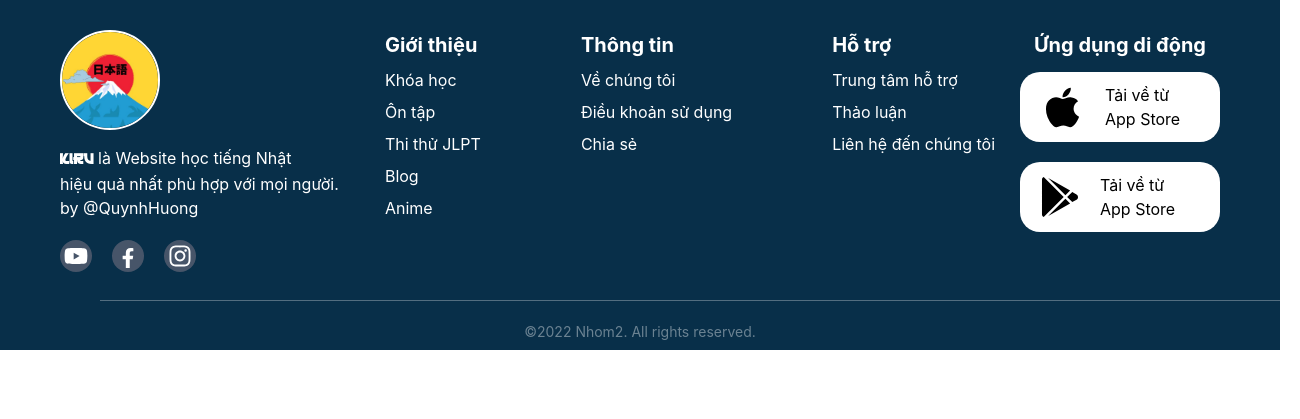
Repository: Quynhhuong150322/Kiru_Website-hoc-tieng-Nhat
Page: /TrangChu
An editor plug-in stored every save of this project. The page is shown before and after the next save, followed by the edit.
The browser window is 1280 px wide. The page is 1300 px wide, so the pictures cover 1300 px, including what lies to the right of the window. The pictures show the whole page.
The project was rebuilt for these pictures with package versions that can differ from the ones it lists, and the page was loaded fresh each time. Also part of the build but not shown: src/component/header_footer/Menu.js.

Above is the page before, as saved 2023-08-18 03:28:48.

### public/index.html
<!DOCTYPE html>
<html lang="en">
  <head>
    <meta charset="utf-8" />
    <link rel="icon" href="%PUBLIC_URL%/favicon.ico" />
    <meta name="viewport" content="width=device-width, initial-scale=1" />
    <meta name="theme-color" content="#000000" />
    <meta
      name="description"
      content="Web site created using create-react-app"
    />
    <link rel="apple-touch-icon" href="%PUBLIC_URL%/logo192.png" />
    <!--
      manifest.json provides metadata used when your web app is installed on a
      user's mobile device or desktop. See https://developers.google.com/web/fundamentals/web-app-manifest/
    -->
    <link rel="manifest" href="%PUBLIC_URL%/manifest.json" />
    <!--
      Notice the use of %PUBLIC_URL% in the tags above.
      It will be replaced with the URL of the `public` folder during the build.
      Only files inside the `public` folder can be referenced from the HTML.

      Unlike "/favicon.ico" or "favicon.ico", "%PUBLIC_URL%/favicon.ico" will
      work correctly both with client-side routing and a non-root public URL.
      Learn how to configure a non-root public URL by running `npm run build`.
    -->
    <title>Kiru web</title>
  </head>
  <body>
    <noscript>You need to enable JavaScript to run this app.</noscript>
    <div id="root"></div>
    <!--
      This HTML file is a template.
      If you open it directly in the browser, you will see an empty page.

      You can add webfonts, meta tags, or analytics to this file.
      The build step will place the bundled scripts into the <body> tag.

      To begin the development, run `npm start` or `yarn start`.
      To create a production bundle, use `npm run build` or `yarn build`.
    -->
  </body>
</html>

### src/index.js
import React from 'react';
import ReactDOM from 'react-dom/client';
import './index.css';
import App from './App';
import reportWebVitals from './reportWebVitals';
import { BrowserRouter} from "react-router-dom";


const root = ReactDOM.createRoot(document.getElementById('root'));
root.render(
  <React.StrictMode>
    <BrowserRouter>
      <App />
    </BrowserRouter>
  </React.StrictMode>
);

// If you want to start measuring performance in your app, pass a function
// to log results (for example: reportWebVitals(console.log))
// or send to an analytics endpoint. Learn more: https://bit.ly/CRA-vitals
reportWebVitals();

### src/App.js
import './App.css';
// import HeaderBefor from "./component/header_footer/HeaderBefor";
import Footer from "./component/header_footer/footer";
import Menu from "./component/header_footer/Menu";
// import MyRoutes from './route/MyRoutes';
// import GioiThieu from "./component/Gioi_thieu"
// import KhoaHocBefor from "./component/Khoa_hoc_befor";
// import LienHe from "./component/Lien_he";
// import FAQs from "./component/FAQs";
// import DangKy from "./component/Dang_ky";
// import DangNhap from "./component/Dang_nhap";
// import QuenMK from "./component/Quen_mk";
// import DatlaiMk from "./component/Dat_lai_mk";
import Search from "./component/Search";

function App() {
  return (
    <div className = "bg-white">
      {/* <HeaderBefor></HeaderBefor> */}
      {/* <Menu/> */}
      {/* <MyRoutes></MyRoutes> */}

      {/* Trang chủ chưa đăng nhập */}
      {/* <GioiThieu></GioiThieu>
      <KhoaHocBefor></KhoaHocBefor>
      <LienHe></LienHe>
      <FAQs></FAQs> */}

      {/* Trang đăng ký */}
      {/* <DangKy/> */}

      {/* Trang đăng nhập */}
      {/* <DangNhap/> */}

      {/* Quên mật khẩu */}
      {/* <QuenMK/> */}
      {/* <DatlaiMk/> */}

      {/* thanh Search */}
      <Search />
      <Footer></Footer>
    </div>
  );
}

export default App;

### src/App.css
.App {
  text-align: center;
}

.App-logo {
  height: 40vmin;
  pointer-events: none;
}

@media (prefers-reduced-motion: no-preference) {
  .App-logo {
    animation: App-logo-spin infinite 20s linear;
  }
}

.App-header {
  background-color: #282c34;
  min-height: 100vh;
  display: flex;
  flex-direction: column;
  align-items: center;
  justify-content: center;
  font-size: calc(10px + 2vmin);
  color: white;
}

.App-link {
  color: #61dafb;
}

@keyframes App-logo-spin {
  from {
    transform: rotate(0deg);
  }
  to {
    transform: rotate(360deg);
  }
}

@font-face {
  font-family: Japanese;
  src: url(./font/Japanese\ 3017.ttf);
}

@font-face {
  font-family: InterBold;
  src: url(./font/Inter-Bold.ttf);
}

@font-face {
  font-family: InterRegular;
  src: url(./font/Inter-Regular.ttf);
}

@font-face {
  font-family: Montserrat;
  src: url(./font/MontserratAlternates-Bold.otf);
}

### src/component/header_footer/footer.js
import React from "react";
import logo from "../../image/logo.png";
import {FaApple, FaGooglePlay, FaYoutube,  FaFacebookF, FaInstagram} from "react-icons/fa";

const Footer = () => {
    return (
        <div class="h-[350px] bg-sky-950">
            <div className=" flex justify-between pt-[30px] px-[60px]">
                <div className="flex-initial w-[300px]">
                    <img
                        className="h-[100px] w-100px] rounded-full border-2 border-white"
                        src = {logo}
                        alt = "logo"
                    />
                    <p className="text-white pt-4"> <a className="font-bold font-japanese">Kiru</a> là Website học tiếng Nhật <p> hiệu quả nhất phù hợp với mọi người.</p> <p className="">by @QuynhHuong</p></p>
                    <div class="flex flex-row gap-5 pt-5">
                        <div className="w-8 h-8 bg-slate-600 rounded-full">
                            <FaYoutube className="text-white w-8 h-8 px-1"/>
                        </div>
                        <div className="w-8 h-8 bg-slate-600 rounded-full">
                            <FaFacebookF className="text-white w-7 h-7 pl-1 pt-2"/>
                        </div>
                        <div className="w-8 h-8 bg-slate-600 rounded-full">
                            <FaInstagram className="text-white w-7 h-7 pl-1 pt-1"/>
                        </div>
                    </div>
                </div>
                <div className="flex flex-row gap-[100px]">
                    <ul class="list-none text-white">
                        <li className="font-bold text-[20px]">Giới thiệu</li>
                        <li className="hover:text-yellow-500 pt-2">Khóa học </li>
                        <li className="hover:text-yellow-500 pt-2">Ôn tập </li>
                        <li className="hover:text-yellow-500 pt-2">Thi thử JLPT</li>
                        <li className="hover:text-yellow-500 pt-2">Blog</li>
                        <li className="hover:text-yellow-500 pt-2">Anime</li>
                    </ul>
                    <ul class="list-none text-white">
                        <li className="font-bold text-[20px]">Thông tin</li>
                        <li className="hover:text-yellow-500 pt-2">Về chúng tôi </li>
                        <li className="hover:text-yellow-500 pt-2">Điều khoản sử dụng</li>
                        <li className="hover:text-yellow-500 pt-2">Chia sẻ</li>
                    </ul>
                    <ul class="list-none text-white">
                        <li className="font-bold text-[20px]">Hỗ trợ</li>
                        <li className="hover:text-yellow-500 pt-2">Trung tâm hỗ trợ</li>
                        <li className="hover:text-yellow-500 pt-2">Thảo luận</li>
                        <li className="hover:text-yellow-500 pt-2">Liên hệ đến chúng tôi </li>
                    </ul>
                </div>
                <div className="">
                    <p className="text-white text-[20px] font-bold text-center pb-3">Ứng dụng di động</p>
                    <div className="h-[70px] w-[200px] bg-white rounded-[20px] flex gap-5 items-center">
                        <div className="pl-5">
                            <FaApple className="w-[45px] h-[45px]"/>
                        </div>
                        <div className="flex-initial w-64">
                            Tải về từ <p className="">App Store</p>
                        </div>
                    </div>
                    <div className="pt-5">
                        <div className="h-[70px] w-[200px] bg-white rounded-[20px] flex gap-5 items-center">
                            <div className="pl-5 ">
                                <FaGooglePlay className="w-[40px] h-[40px]"/>
                            </div>
                            <div className="flex-initial w-64">
                                Tải về từ <p className="">App Store</p>
                            </div>
                        </div>
                    </div>
                </div>
            </div>
            <div className="pt-7 px-[100px]">
                <div className="h-[1px] w-[1200px] bg-white/30 "></div>
                <p className="text-white/40 text-center text-[14px] pt-5">©2022 Nhom2. All rights reserved.</p>
            </div>
        </div>

    );
}
export default Footer;

### src/component/Search.js
import React from "react";

const Search = () => {
    return (
        <div className="pl-[250px]">
            <dic className="h-[30px] w-[400px] bg-amber-200">

            </dic>
        </div>
    )
}
export default Search;

### tailwind.config.js
/** @type {import('tailwindcss').Config} */
module.exports = {
  content: ["./src/**/*.{html,js}"],
  // plugins: [require("tailwind-scrollbar")],
  theme: {
    extend: {
      fontSize: {
        sm: '9px',
        base: '13px',
        xl: '20px',
        '2xl': '60px',
        '3xl': '80px',
        '4xl': '90px',
        '5xl': '100px',
      }
    },
    screens: {
      'sm': {'min': '400px', 'max': '767px'},
      // => @media (min-width: 640px and max-width: 767px) { ... }

      'md': {'min': '768px', 'max': '1023px'},
      // => @media (min-width: 768px and max-width: 1023px) { ... }

      'lg': {'min': '1024px', 'max': '1279px'},
      // => @media (min-width: 1024px and max-width: 1279px) { ... }

      'xl': {'min': '1280px', 'max': '1535px'},
      // => @media (min-width: 1280px and max-width: 1535px) { ... }

      '2xl': {'min': '1536px'},
      // => @media (min-width: 1536px) { ... }
    },

    fontFamily: {
      japanese: ['"Japanese"'],
      interBold: ['"InterBold"'],
      interRegular: ['"InterRegular"'],
      montserrat: ['"Montserrat"']
    },
  },
  plugins: [],
}

Loaded but not shown: src/index.css (common file); src/reportWebVitals.js (common file)

After the next save:
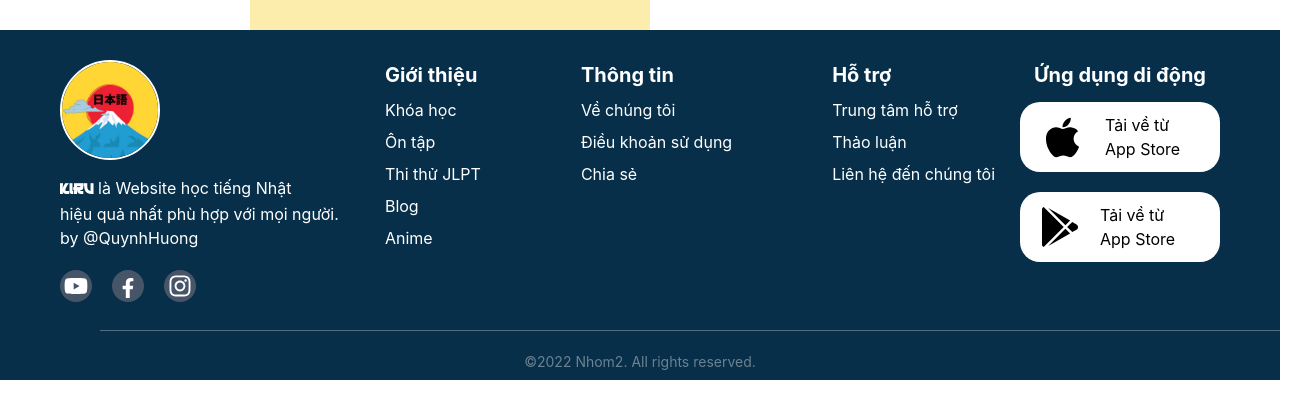
Saved 73 s later.
--- a/src/component/Search.js
+++ b/src/component/Search.js
@@ -3,9 +3,11 @@
 const Search = () => {
     return (
         <div className="pl-[250px]">
-            <dic className="h-[30px] w-[400px] bg-amber-200">
+            <div className="h-[30px] w-[400px] bg-amber-200/70">
+                <div className="flex flex-row">
 
-            </dic>
+                </div>
+            </div>
         </div>
     )
 }
